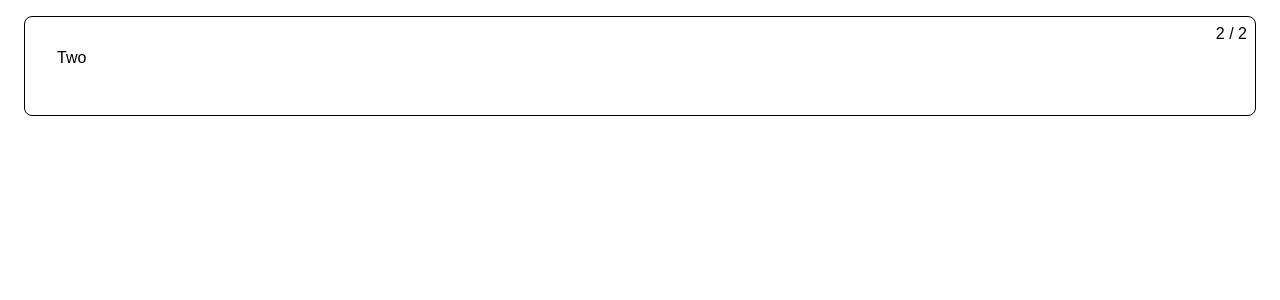
Repository: Aminox84/frontend-main
Page: /
An editor plug-in stored every save of this project. The page is shown before and after the next save, followed by the edit.
The browser window is 1280 px wide. The pictures show the whole page.
The project was rebuilt for these pictures with package versions that can differ from the ones it lists, and the page was loaded fresh each time.

Above is the page before, as saved 2022-12-29 18:49:38.

### src/App.tsx
import React from 'react';
import { useMultistepForm } from './useMultistepForm';


function App() {


const {steps,currentStepIndex,step} = useMultistepForm([<div>One</div>,<div>Two</div>])

  return (
    <div style={{position:"relative",background:"white",border:"1px solid  black",padding:"2rem",margin:"1rem",borderRadius:".5rem",fontFamily:"Arial"}}>
      <form>
       <div style={{position:"absolute",top:".5rem",right:".5rem"}}> {currentStepIndex + 1} / {steps.length}</div>
       {step}
       <div style={{marginTop:"1rem",display:"fex",gap:".5rem",justifyContent:"flex-end"}}></div>
      </form>
    </div>
  );
}

export default App;

### src/useMultistepForm.ts
import {ReactElement,useState} from 'react'



export function useMultistepForm(steps: ReactElement[]){

const [currentStepIndex, setCurrentStepIndex]=useState(1)

function next(){
setCurrentStepIndex(i=>{
    if ( i > steps.length-1) return i
    return i +1
})
}
function back(){
    setCurrentStepIndex(i=>{
        if ( i <= 0) return i
        return i -1
    })
}
function goTo(index:number){
    setCurrentStepIndex(index);
}





return {
    currentStepIndex,
    step: steps[currentStepIndex],
    goTo,
    next,
    back,
    steps,
}

}

Loaded but not shown: public/index.html (common file); src/index.tsx (common file)

After the next save:
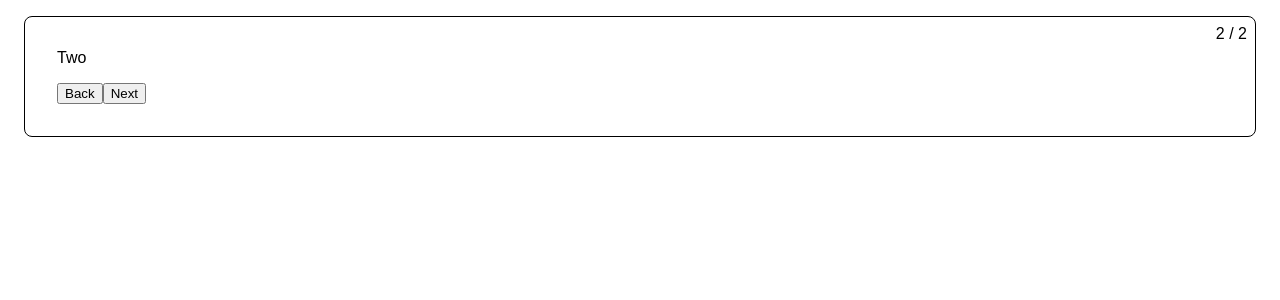
Saved 13 s later.
--- a/src/App.tsx
+++ b/src/App.tsx
@@ -13,6 +13,8 @@ const {steps,currentStepIndex,step} = useMultistepForm([<div>One</div>,<div>Two<
        <div style={{position:"absolute",top:".5rem",right:".5rem"}}> {currentStepIndex + 1} / {steps.length}</div>
        {step}
        <div style={{marginTop:"1rem",display:"fex",gap:".5rem",justifyContent:"flex-end"}}></div>
+       <button>Back</button>
+       <button>Next</button>
       </form>
     </div>
   );
